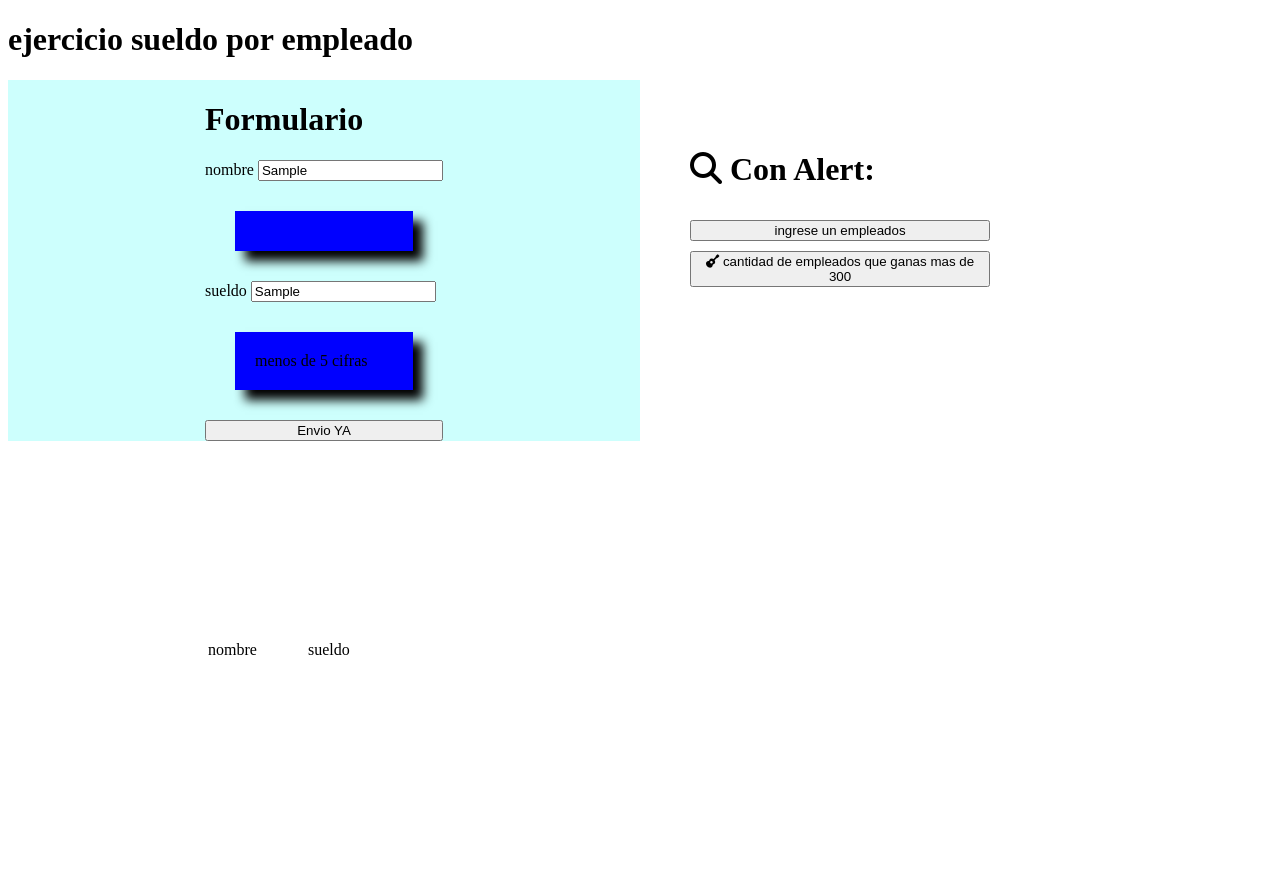
Repository: wolfmarcos/Ej-FormSesionEmpleados
Page: index.html
These files come from the project's save history. The page is drawn as it stood at one moment and after the next save; the edit follows.
The browser window is 1280 px wide. The pictures show the whole page.
Empty fields were first filled with sample values (such as "Sample", 5 or name@example.com).
After loading, the first visible `#form` was submitted once.
Some web libraries are served in a nearby version.

Above is the page before, as saved 2022-07-31 04:37:32.

After the next save:
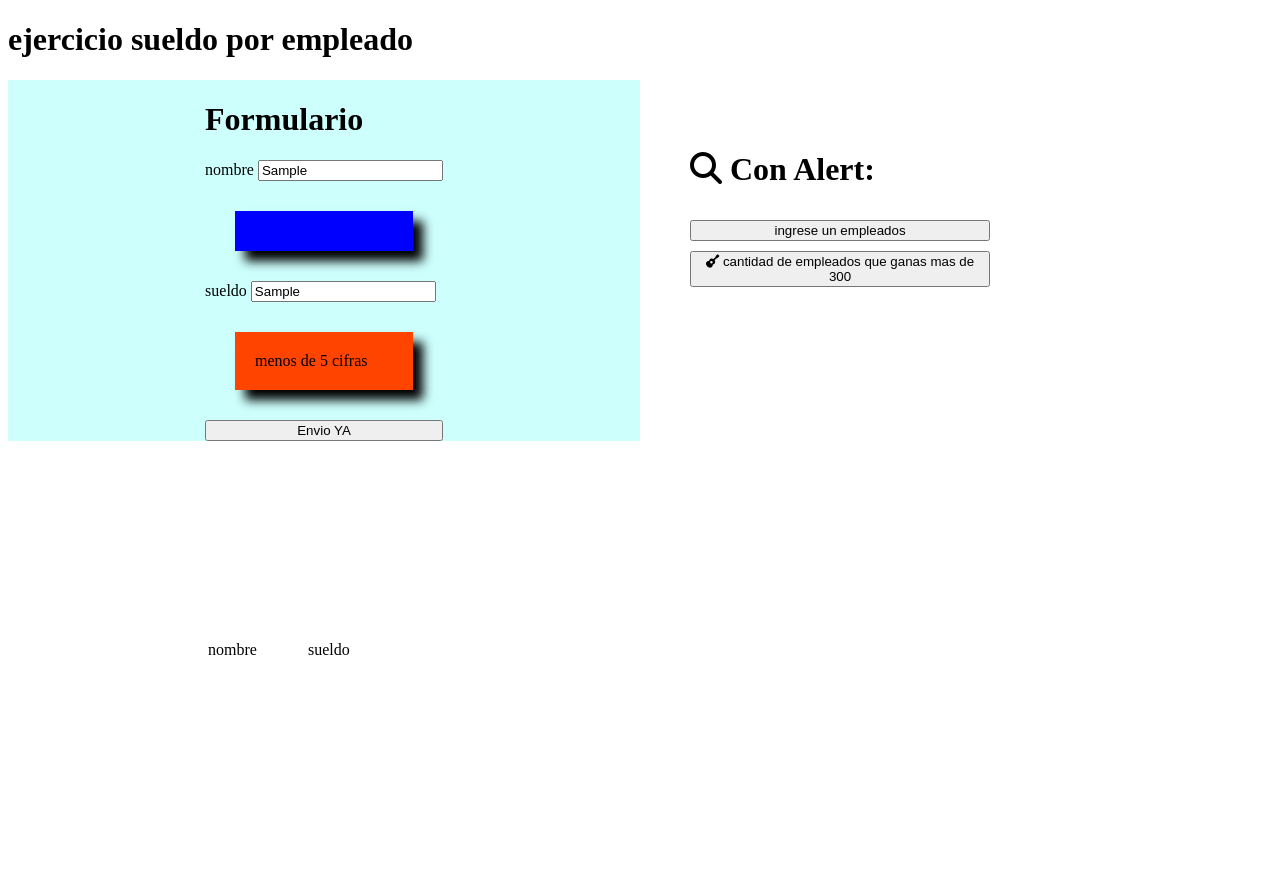
Saved 30 s later.
--- a/ej1.css
+++ b/ej1.css
@@ -49,7 +49,7 @@
   text-align: right; */
 
 }
-.p .nota{
+.h .p .nota{
   background-color: rgb(255, 68, 0)
 
   /* visibility: visible; */

After the save that followed:
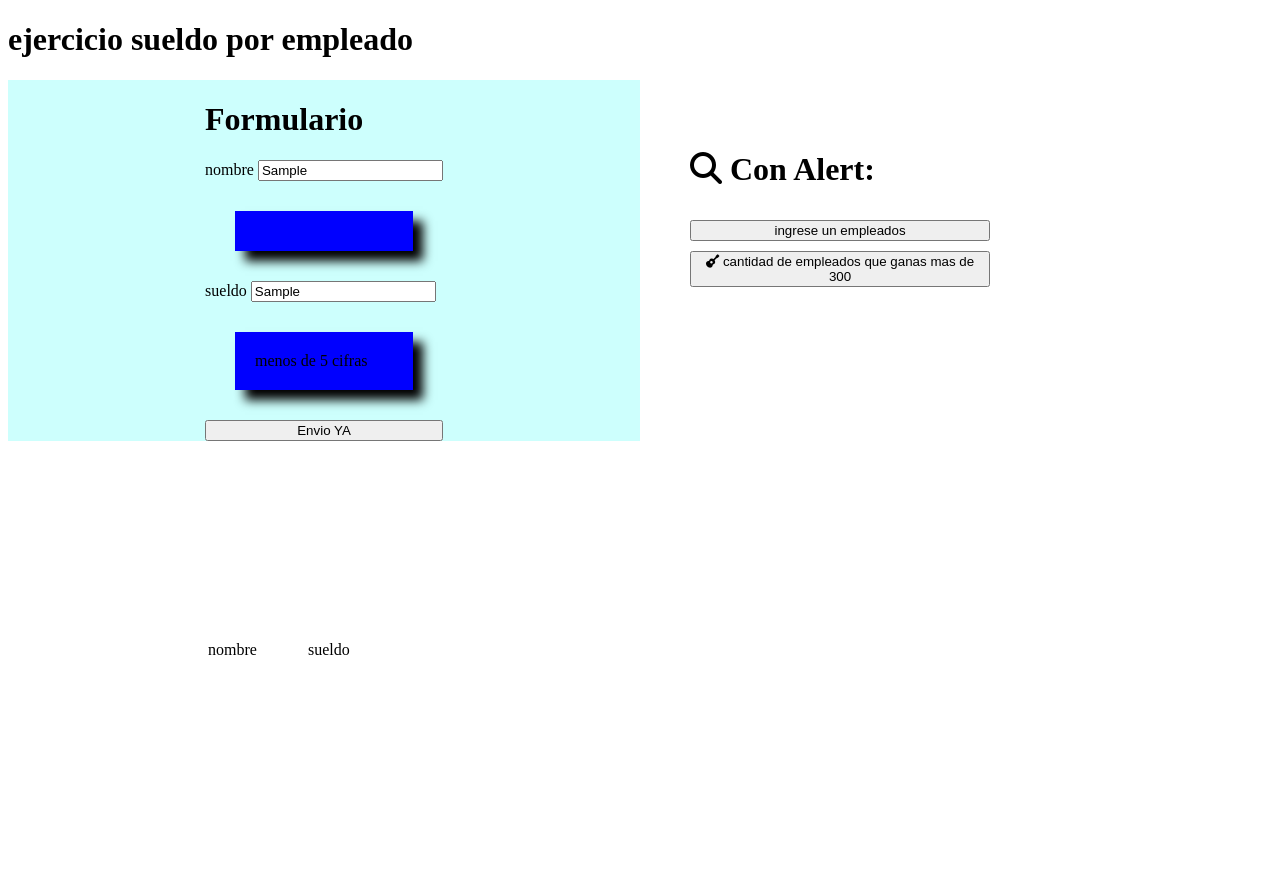
Saved 18 s later.
--- a/ej1.css
+++ b/ej1.css
@@ -49,7 +49,7 @@
   text-align: right; */
 
 }
-.h .p .nota{
+.h  .nota{
   background-color: rgb(255, 68, 0)
 
   /* visibility: visible; */
